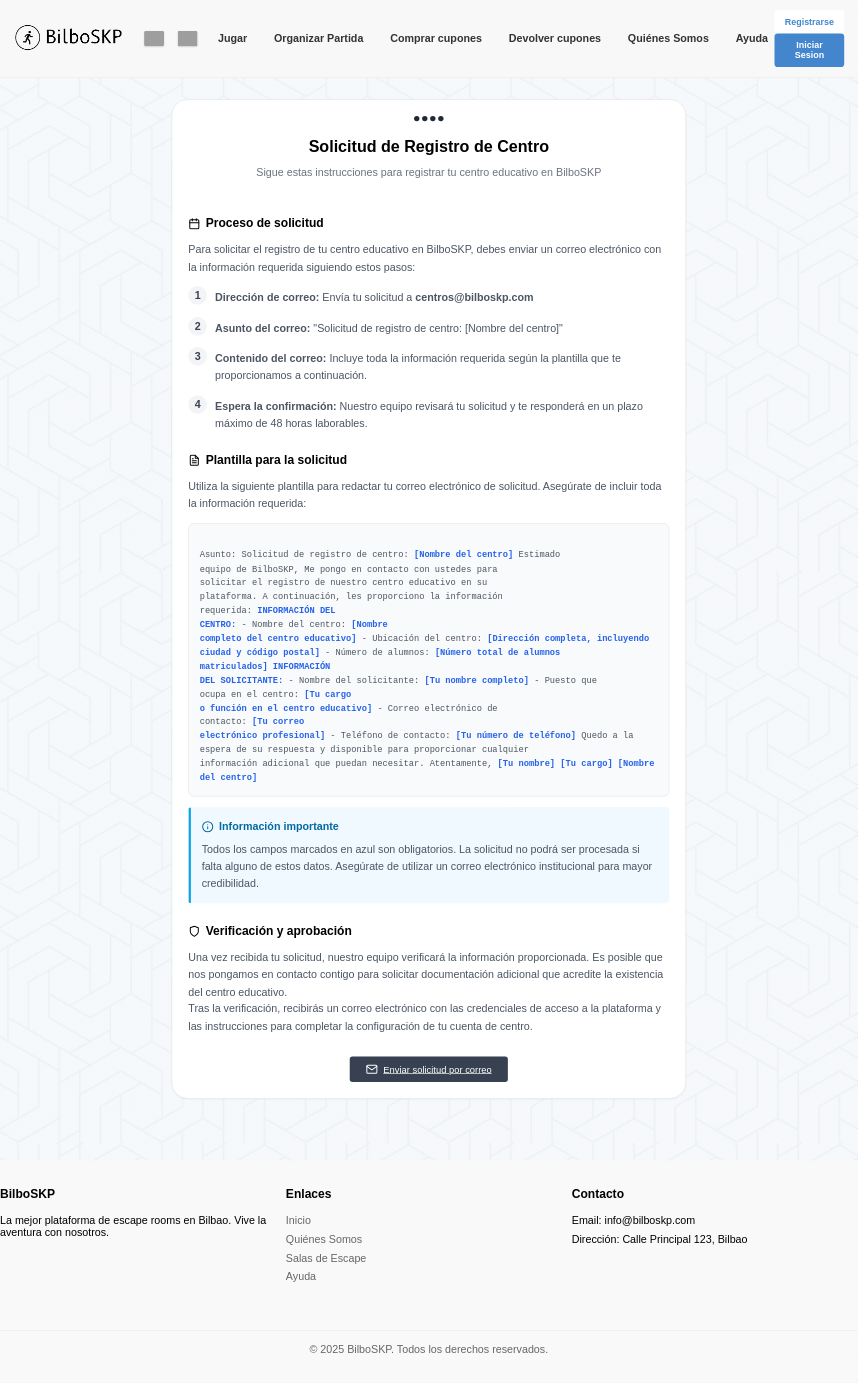
Repository: Andrew1447/Reto3-main
Page: http://localhost/bilboSKP/SolicitudEmail.jsp
These files come from the project's save history. The page is drawn as it stood at one moment and after the next save; the edit follows.
The browser window is 1280 px wide. The pictures show the whole page, at 67% of full size.
Pictures or frames that could not be fetched are drawn as grey boxes. Backgrounds fixed to the window are drawn as part of the page. Some web fonts or font styles are not loaded; a fallback is used. The page is served by Tomcat 9. Other server files are loaded and not shown. The template is opened directly, without the code that normally fills it, so the values that code supplies are empty.

Above is the page before, as saved 2025-04-27 15:24:27.

### bilboSKP/src/main/webapp/SolicitudEmail.jsp
<%@ page language="java" contentType="text/html; charset=ISO-8859-1"
	pageEncoding="ISO-8859-1"%>
<!DOCTYPE html>
<html>
<head>
<meta charset="ISO-8859-1">
<link rel="stylesheet" href="styles/style.css">
<link rel="stylesheet" href="styles/SolicitudEmail.css">
<link rel="preconnect" href="https://fonts.googleapis.com">
<link rel="preconnect" href="https://fonts.gstatic.com" crossorigin>
<link
	href="https://fonts.googleapis.com/css2?family=Ubuntu:ital,wght@0,300;0,400;0,500;0,700;1,300;1,400;1,500;1,700&display=swap"
	rel="stylesheet">
<title>Insert title here</title>
</head>
<body>
	<header>
		<div class="logo-container">
			<a href="Index.jsp"><img
				src="img/bilboskp-high-resolution-logo-removebg-preview.png"></a>

			<div class="language-selector">
				<a href="?lang=es" title="Español"> <img
					src="https://upload.wikimedia.org/wikipedia/commons/thumb/9/9a/Flag_of_Spain.svg/1200px-Flag_of_Spain.svg.png"
					alt="Bandera de España">
				</a> <a href="?lang=en" title="English"> <img
					src="https://upload.wikimedia.org/wikipedia/commons/thumb/8/83/Flag_of_the_United_Kingdom_%283-5%29.svg/1200px-Flag_of_the_United_Kingdom_%283-5%29.svg.png"
					alt="Bandera del Reino Unido">
				</a>
			</div>
		</div>

		<nav>

			<a href="EscapeRooms.jsp">Jugar</a> <a href="OrganizarPartida.jsp">Organizar
				Partida</a> <a href="Packcupones.jsp">Comprar cupones</a> <a
				href="DevolverCupones.jsp">Devolver cupones</a> <a
				href="QuienesSomos.jsp">Quiénes Somos</a> <a href="Ayuda.jsp">Ayuda</a>

			<%
			Integer idRolUsuario = (Integer) request.getAttribute("idRol");
			Integer idCentroSesion = (Integer) request.getAttribute("idCentroSesion");

			// Mostrar "Registrar Centro" solo si el usuario no está logueado como centro
			if (idCentroSesion == null && idRolUsuario != null && idRolUsuario.equals(2)) {
			%>
			<a href="CentroRegistro.jsp">Registrar Centro</a>
			<%
			}
			%>
		</nav>

		<div class="botones">
			<%
			String nombreSesion = (String) request.getAttribute("nombreSesion");
			String tipoUsuario = (String) request.getAttribute("tipoUsuario");
			Integer saldoCupones = (Integer) request.getAttribute("saldoCupones");

			if (nombreSesion != null && !nombreSesion.isEmpty()) {
				if (tipoUsuario != null && tipoUsuario.equals("usuario")) {
			%>
			<span class="nombre-usuario">Bienvenido, <%=nombreSesion%> (<%=saldoCupones != null ? saldoCupones : 0%>
				cupones)
			</span>
			<button onclick="window.location.href='LogoutServlet'">Cerrar
				Sesión</button>
			<%
			} else if (tipoUsuario != null && tipoUsuario.equals("centro")) {
			%>
			<span class="nombre-centro">Bienvenido, <%=nombreSesion%></span>
			<button onclick="window.location.href='LogoutCentroServlet'">Cerrar
				Sesión</button>
			<%
			}
			} else {
			%>
			<button class="registrarse"
				onclick="window.location.href='Registrar.jsp'">Registrarse</button>
			<button onclick="window.location.href='login.jsp'">Iniciar
				Sesion</button>
			<%
			}
			%>
		</div>
	</header>


	<main>
		<div class="card">
			<div class="card-header">
				<div class="dots">
					<span class="dot"></span> <span class="dot"></span> <span
						class="dot"></span> <span class="dot"></span>
				</div>

				<h1 class="card-title">Solicitud de Registro de Centro</h1>
				<p class="card-subtitle">Sigue estas instrucciones para
					registrar tu centro educativo en BilboSKP</p>
			</div>

			<div class="content">

				<div class="section">
					<h2 class="section-title">
						<svg class="icon" viewBox="0 0 24 24">
              <rect x="3" y="4" width="18" height="18" rx="2" ry="2"></rect>
              <line x1="16" y1="2" x2="16" y2="6"></line>
              <line x1="8" y1="2" x2="8" y2="6"></line>
              <line x1="3" y1="10" x2="21" y2="10"></line>
            </svg>
						Proceso de solicitud
					</h2>
					<div class="section-content">
						<p>Para solicitar el registro de tu centro educativo en
							BilboSKP, debes enviar un correo electrónico con la información
							requerida siguiendo estos pasos:</p>

						<div class="steps">
							<div class="step">
								<div class="step-number">1</div>
								<div class="step-content">
									<strong>Dirección de correo:</strong> Envía tu solicitud a <strong>centros@bilboskp.com</strong>
								</div>
							</div>
							<div class="step">
								<div class="step-number">2</div>
								<div class="step-content">
									<strong>Asunto del correo:</strong> "Solicitud de registro de
									centro: [Nombre del centro]"
								</div>
							</div>
							<div class="step">
								<div class="step-number">3</div>
								<div class="step-content">
									<strong>Contenido del correo:</strong> Incluye toda la
									información requerida según la plantilla que te proporcionamos
									a continuación.
								</div>
							</div>
							<div class="step">
								<div class="step-number">4</div>
								<div class="step-content">
									<strong>Espera la confirmación:</strong> Nuestro equipo
									revisará tu solicitud y te responderá en un plazo máximo de 48
									horas laborables.
								</div>
							</div>
						</div>
					</div>
				</div>

				<div class="section">
					<h2 class="section-title">
						<svg class="icon" viewBox="0 0 24 24">
              <path
								d="M14 2H6a2 2 0 0 0-2 2v16a2 2 0 0 0 2 2h12a2 2 0 0 0 2-2V8z"></path>
              <polyline points="14 2 14 8 20 8"></polyline>
              <line x1="16" y1="13" x2="8" y2="13"></line>
              <line x1="16" y1="17" x2="8" y2="17"></line>
              <polyline points="10 9 9 9 8 9"></polyline>
            </svg>
						Plantilla para la solicitud
					</h2>
					<div class="section-content">
						<p>Utiliza la siguiente plantilla para redactar tu correo
							electrónico de solicitud. Asegúrate de incluir toda la
							información requerida:</p>

						<div class="template">
							Asunto: Solicitud de registro de centro: <span
								class="template-field">[Nombre del centro]</span> Estimado
							equipo de BilboSKP, Me pongo en contacto con ustedes para
							solicitar el registro de nuestro centro educativo en su
							plataforma. A continuación, les proporciono la información
							requerida: <span class="template-field">INFORMACIÓN DEL
								CENTRO:</span> - Nombre del centro: <span class="template-field">[Nombre
								completo del centro educativo]</span> - Ubicación del centro: <span
								class="template-field">[Dirección completa, incluyendo
								ciudad y código postal]</span> - Número de alumnos: <span
								class="template-field">[Número total de alumnos
								matriculados]</span> <span class="template-field">INFORMACIÓN
								DEL SOLICITANTE:</span> - Nombre del solicitante: <span
								class="template-field">[Tu nombre completo]</span> - Puesto que
							ocupa en el centro: <span class="template-field">[Tu cargo
								o función en el centro educativo]</span> - Correo electrónico de
							contacto: <span class="template-field">[Tu correo
								electrónico profesional]</span> - Teléfono de contacto: <span
								class="template-field">[Tu número de teléfono]</span> Quedo a la
							espera de su respuesta y disponible para proporcionar cualquier
							información adicional que puedan necesitar. Atentamente, <span
								class="template-field">[Tu nombre]</span> <span
								class="template-field">[Tu cargo]</span> <span
								class="template-field">[Nombre del centro]</span>
						</div>

						<div class="info-box">
							<div class="info-box-title">
								<svg class="icon" viewBox="0 0 24 24">
                  <circle cx="12" cy="12" r="10"></circle>
                  <line x1="12" y1="16" x2="12" y2="12"></line>
                  <line x1="12" y1="8" x2="12.01" y2="8"></line>
                </svg>
								Información importante
							</div>
							<p>Todos los campos marcados en azul son obligatorios. La
								solicitud no podrá ser procesada si falta alguno de estos datos.
								Asegúrate de utilizar un correo electrónico institucional para
								mayor credibilidad.</p>
						</div>
					</div>
				</div>

				<div class="section">
					<h2 class="section-title">
						<svg class="icon" viewBox="0 0 24 24">
              <path d="M12 22s8-4 8-10V5l-8-3-8 3v7c0 6 8 10 8 10z"></path>
            </svg>
						Verificación y aprobación
					</h2>
					<div class="section-content">
						<p>Una vez recibida tu solicitud, nuestro equipo verificará la
							información proporcionada. Es posible que nos pongamos en
							contacto contigo para solicitar documentación adicional que
							acredite la existencia del centro educativo.</p>
						<p>Tras la verificación, recibirás un correo electrónico con
							las credenciales de acceso a la plataforma y las instrucciones
							para completar la configuración de tu cuenta de centro.</p>
					</div>
				</div>

				<div class="button-container">
					<a href="mailto:centros@bilboskp.com" class="primary-button"> <svg
							class="icon" viewBox="0 0 24 24">
              <path
								d="M4 4h16c1.1 0 2 .9 2 2v12c0 1.1-.9 2-2 2H4c-1.1 0-2-.9-2-2V6c0-1.1.9-2 2-2z"></path>
              <polyline points="22,6 12,13 2,6"></polyline>
            </svg> Enviar solicitud por correo
					</a>
				</div>
			</div>
		</div>
	</main>

	<footer>
		<div class="container">
			<div class="footer-content">
				<div class="footer-column">
					<h3>BilboSKP</h3>
					<p>La mejor plataforma de escape rooms en Bilbao. Vive la
						aventura con nosotros.</p>
				</div>
				<div class="footer-column">
					<h3>Enlaces</h3>
					<ul>
						<li><a href="Index.jsp">Inicio</a></li>
						<li><a href="QuienesSomos.jsp">Quiénes Somos</a></li>
						<li><a href="EscapeRooms.jsp">Salas de Escape</a></li>
						<li><a href="Ayuda.jsp">Ayuda</a></li>
					</ul>
				</div>
				<div class="footer-column">
					<h3>Contacto</h3>
					<ul>
						<li>Email: info@bilboskp.com</li>
						<li>Dirección: Calle Principal 123, Bilbao</li>
					</ul>
				</div>
			</div>
			<div class="footer-bottom">
				<p>&copy; 2025 BilboSKP. Todos los derechos reservados.</p>
			</div>
		</div>
	</footer>

	<script>
		// Script para copiar la plantilla al portapapeles
		document.querySelector('.template').addEventListener('click',
				function() {
					const el = document.createElement('textarea');
					el.value = this.textContent.trim();
					document.body.appendChild(el);
					el.select();
					document.execCommand('copy');
					document.body.removeChild(el);

					alert('Plantilla copiada al portapapeles');
				});
	</script>
</body>
</html>

### bilboSKP/src/main/webapp/styles/style.css
body {
    font-family: "Ubuntu", sans-serif;
    font-weight: 500;
    font-style: normal;
    background-color: #f4f7fa;
    margin: 0;
    padding: 0;
    background-image: linear-gradient(rgba(244, 247, 250, 0.85), rgba(244, 247, 250, 0.85)), url('../img/fondod.png');
    background-repeat: no-repeat;
    background-size: cover;
    background-position: center;
    background-attachment: fixed; /* Esto asegura que el fondo permanezca fijo */
}

.logo-container {
            display: flex;
            align-items: center;
        }

        .logo-container img {
            height: 50px;
            width: auto;
        }

  .language-selector {
            display: flex;
            align-items: center;
            margin-left: 20px;
        }

        .language-selector a {
            display: flex;
            align-items: center;
            margin: 0 5px;
            padding: 5px;
            border-radius: 4px;
            transition: background-color 0.2s;
        }

        .language-selector a:hover {
            background-color: #f0f0f0;
        }

        .language-selector img {
            width: 30px;
            height: auto;
            border-radius: 3px;
            box-shadow: 0 1px 2px rgba(0, 0, 0, 0.2);
        }

header {
    display: grid;
    grid-template-columns: 1fr auto 1fr;
    align-items: center;
    padding: 15px 20px;
    background-color: #f8f8f8;
    border-bottom: 1px solid #eee;
}

header > a:first-child {
    justify-self: start;
}

header a img {
    max-height: 50px;
}

header nav {
    grid-column: 2;
    display: flex;
    justify-content: center;
    gap: 20px; /* Equal spacing between links */
}

header nav a {
    text-decoration: none;
    color: #333;
    margin-left: 20px;
    font-weight: bold;
}

header nav a:hover {
    color: #4386ce;
}

header button {
    background-color: #4386ce;
    color: white;
    border: none;
    padding: 10px 15px;
    border-radius: 5px;
    cursor: pointer;
    margin-left: 10px;
    font-weight: bold;
}

header button:hover {
    background-color: #437cb8;
}


body{
  font-family: "Ubuntu", sans-serif;
  font-weight: 500;
  font-style: normal;
  background-repeat: no-repeat;
  background-size: cover;
  background-attachment: fixed;
}

.botones {
    grid-column: 3;
    justify-self: end;
}

.registrarse{
    background-color: #ffff;
    color: #4386ce;
    font-weight: bold;
}
.registrarse:hover{
    background-color: #cfcfcf;
    color: #4386ce;
    font-weight: bold;
}




        /* Footer */
        footer {
            background-color: #f9f9f9;
            padding: 40px 0;
            margin-top: 60px;
        }

        .footer-content {
            display: flex;
            justify-content: space-between;
            flex-wrap: wrap;
        }

        .footer-column {
            flex: 1;
            min-width: 200px;
            margin-bottom: 20px;
        }

        .footer-column h3 {
            margin-bottom: 20px;
            font-size: 18px;
        }

        .footer-column ul {
            list-style: none;
        }

        .footer-column ul li {
            margin-bottom: 10px;
        }

        .footer-column ul li a {
            text-decoration: none;
            color: #666;
        }

        .footer-bottom {
            text-align: center;
            margin-top: 40px;
            padding-top: 20px;
            border-top: 1px solid #eee;
            color: #666;
        }

        /* Responsive */
        @media (max-width: 768px) {
            header {
                flex-direction: column;
                gap: 15px;
            }

            nav ul {
                margin: 15px 0;
                flex-wrap: wrap;
                justify-content: center;
            }

            .about-content {
                flex-direction: column;
            }

            .features {
                grid-template-columns: 1fr;
            }

            .carousel-container {
                height: 300px;
            }
        }

### bilboSKP/src/main/webapp/styles/SolicitudEmail.css
@charset "ISO-8859-1";
* {
      margin: 0;
      padding: 0;
      box-sizing: border-box;
    }

    /* Contenido principal */
    main {
      padding: 32px 16px;
      display: flex;
      justify-content: center;
    }

    .card {
      width: 100%;
      max-width: 768px;
      background-color: white;
      border-radius: 24px;
      border: 1px solid #e5e7eb;
      box-shadow: 0 1px 2px rgba(0, 0, 0, 0.05);
      overflow: hidden;
    }

    .card-header {
      padding: 24px;
    }

    .dots {
      display: flex;
      justify-content: center;
      gap: 4px;
      margin-bottom: 24px;
    }

    .dot {
      width: 8px;
      height: 8px;
      border-radius: 50%;
      background-color: #1f2937;
    }

    .card-title {
      font-size: 24px;
      font-weight: bold;
      text-align: center;
      margin-bottom: 16px;
    }

    .card-subtitle {
      font-size: 16px;
      color: #6b7280;
      text-align: center;
      margin-bottom: 32px;
    }

    /* Contenido */
    .content {
      padding: 0 24px 24px;
    }

    .section {
      margin-bottom: 32px;
    }

    .section-title {
      font-size: 18px;
      font-weight: 600;
      margin-bottom: 16px;
      display: flex;
      align-items: center;
      gap: 8px;
    }

    .section-content {
      color: #4b5563;
      line-height: 1.6;
    }

    .steps {
      margin-top: 16px;
      display: flex;
      flex-direction: column;
      gap: 16px;
    }

    .step {
      display: flex;
      gap: 12px;
    }

    .step-number {
      display: flex;
      align-items: center;
      justify-content: center;
      width: 28px;
      height: 28px;
      background-color: #f3f4f6;
      border-radius: 50%;
      font-weight: 600;
      color: #374151;
      flex-shrink: 0;
    }

    .step-content {
      flex-grow: 1;
      padding-top: 4px;
    }

    .template {
      background-color: #f9fafb;
      border: 1px solid #e5e7eb;
      border-radius: 8px;
      padding: 16px;
      margin-top: 16px;
      font-family: monospace;
      white-space: pre-line;
      line-height: 1.6;
    }

    .template-field {
      color: #2563eb;
      font-weight: 600;
    }

    .info-box {
      background-color: #f0f9ff;
      border-left: 4px solid #0ea5e9;
      padding: 16px;
      margin-top: 16px;
      border-radius: 4px;
    }

    .info-box-title {
      font-weight: 600;
      color: #0369a1;
      margin-bottom: 8px;
      display: flex;
      align-items: center;
      gap: 8px;
    }

    .button-container {
      display: flex;
      justify-content: center;
      margin-top: 32px;
    }

    .primary-button {
      background-color: #374151;
      color: white;
      border: none;
      border-radius: 4px;
      padding: 10px 24px;
      font-size: 14px;
      cursor: pointer;
      display: flex;
      align-items: center;
      gap: 8px;
    }

    .primary-button:hover {
      background-color: #1f2937;
    }

    .benefits {
      display: grid;
      grid-template-columns: 1fr;
      gap: 16px;
      margin-top: 16px;
    }

    @media (min-width: 640px) {
      .benefits {
        grid-template-columns: 1fr 1fr;
      }
    }

    .benefit {
      background-color: #f9fafb;
      border-radius: 8px;
      padding: 16px;
      display: flex;
      flex-direction: column;
      gap: 8px;
    }

    .benefit-title {
      font-weight: 600;
      color: #374151;
      display: flex;
      align-items: center;
      gap: 8px;
    }

    .benefit-content {
      color: #6b7280;
      font-size: 14px;
      line-height: 1.5;
    }

    /* Iconos */
    .icon {
      display: inline-block;
      width: 18px;
      height: 18px;
      stroke-width: 2;
      stroke: currentColor;
      fill: none;
      stroke-linecap: round;
      stroke-linejoin: round;
    }

After the next save:
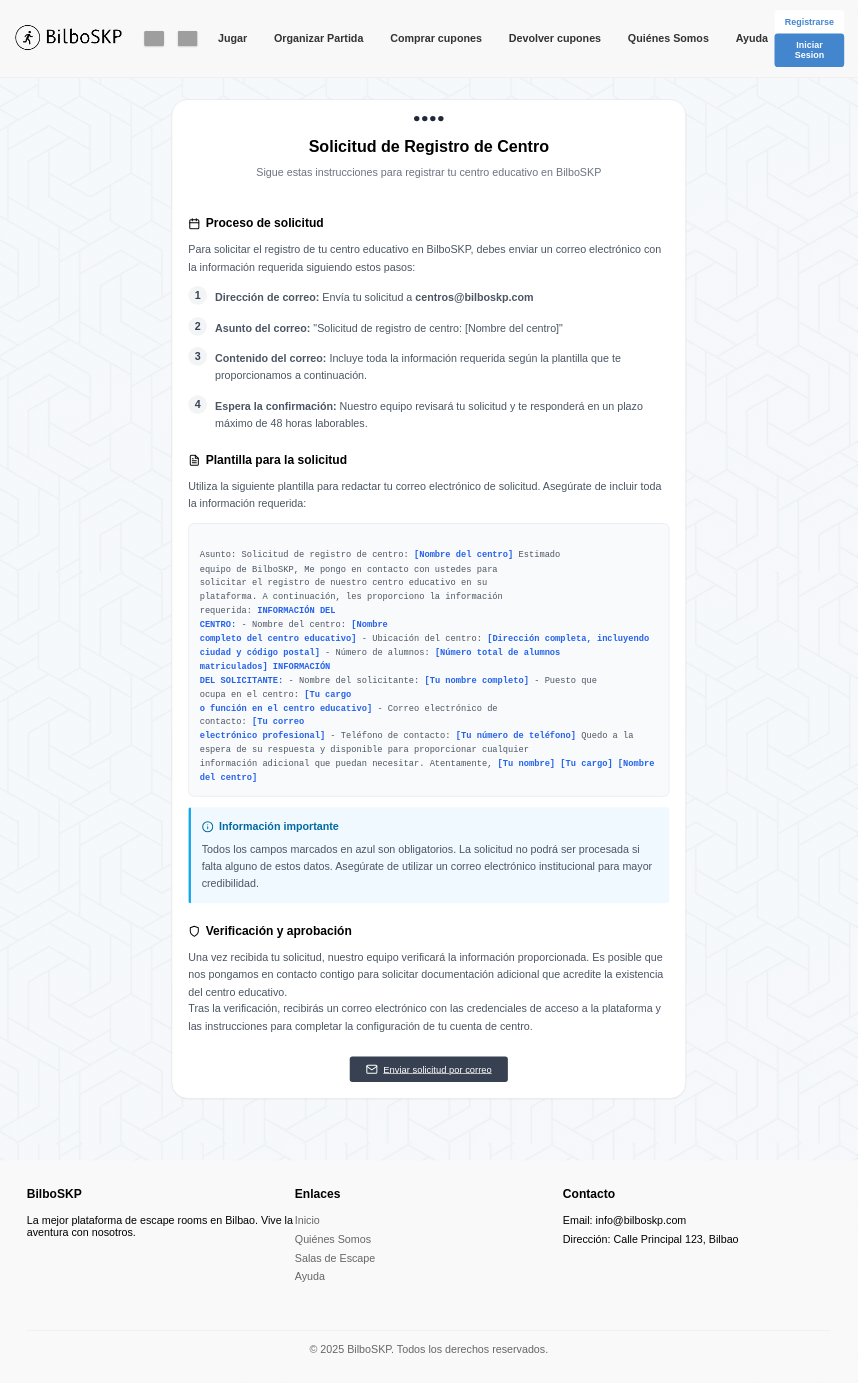
Saved 2 min 12 s later.
--- a/bilboSKP/src/main/webapp/styles/style.css
+++ b/bilboSKP/src/main/webapp/styles/style.css
@@ -126,6 +126,12 @@ body{
 
 
 
+	.container {
+	width: 100%;
+    max-width: 1200px;
+    margin: 0 auto;
+	}
+
 
         /* Footer */
         footer {
